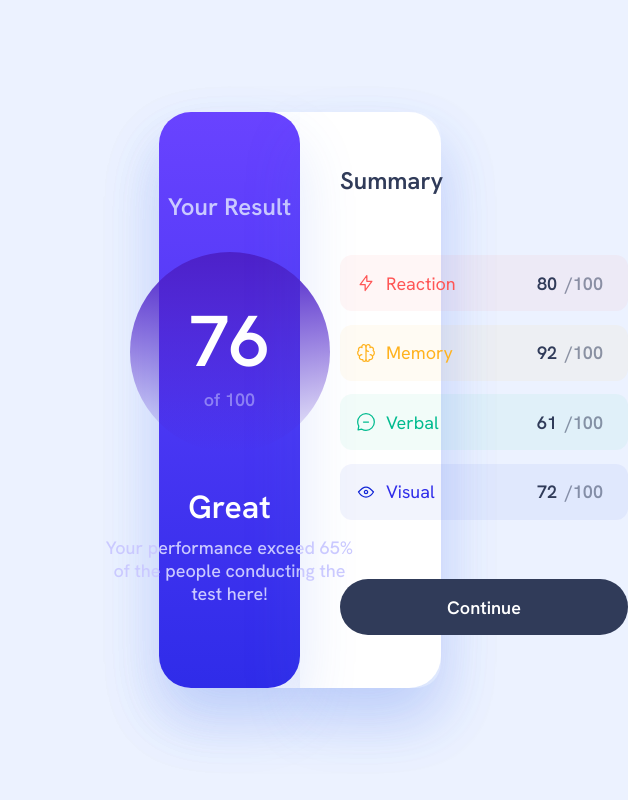
Repository: KamoliddinGIT/result-summary
Page: index.html
The author's editor kept a copy of each file at every save. The page is drawn from the files as they stood at one save, then again after the next save.
The browser window is 600 px wide. The page is 628 px wide, then 600 px, so the pictures cover 628 px, including what lies to the right of the window. The pictures show the whole page.

Above is the page before, as saved 2023-09-08 16:33:00.

### index.html
<!DOCTYPE html>
<html lang="en">
  <head>
    <meta charset="UTF-8" />
    <meta name="viewport" content="width=device-width, initial-scale=1.0" />
    <link
      rel="icon"
      type="image/png"
      sizes="32x32"
      href="./assets/images/favicon-32x32.png"
    />
    <link rel="stylesheet" href="css/style.css" />
    <link rel="preconnect" href="https://fonts.googleapis.com" />
    <link rel="preconnect" href="https://fonts.gstatic.com" crossorigin />
    <link
      href="https://fonts.googleapis.com/css2?family=Hanken+Grotesk:wght@400;500;600&display=swap"
      rel="stylesheet"
    />
    <title>Results summary component</title>
  </head>
  <body>
    <div class="container">
      <div class="result-box">
        <h1 class="result__heading">Your Result</h1>
        <div class="result__score">
          <h1>76</h1>
          <span>of 100</span>
        </div>
        <div class="result__comment">
          <h1>Great</h1>
          <p>
            Your performance exceed 65% of the people conducting the test here!
          </p>
        </div>
      </div>
      <div class="summary-box">
        <h1 class="summary__title">Summary</h1>
        <div class="summary__stats">
          <li class="summary__stats__item__1">
            <img src="./assets/images/icon-reaction.svg" alt="logo" />
            <h2>Reaction</h2>
            <h3>80<span>/100</span></h3>
          </li>
          <li class="summary__stats__item__2">
            <img src="./assets/images/icon-memory.svg" alt="logo" />
            <h2>Memory</h2>
            <h3>92<span>/100</span></h3>
          </li>
          <li class="summary__stats__item__3">
            <img src="./assets/images/icon-verbal.svg" alt="logo" />
            <h2>Verbal</h2>
            <h3>61<span>/100</span></h3>
          </li>
          <li class="summary__stats__item__4">
            <img src="/assets/images/icon-visual.svg" alt="logo" />
            <h2>Visual</h2>
            <h3>72<span>/100</span></h3>
          </li>
        </div>
        <a href="#" class="summary__btn"> Continue </a>
      </div>
    </div>

    <script src="js/index.js"></script>
  </body>
</html>

### css/style.css
* {
  margin: 0;
  padding: 0;
  box-sizing: border-box;
}

body {
  display: flex;
  flex-direction: column;
  justify-content: center;
  align-items: center;
  height: 100vh;
  padding: 0;
  margin: 0;
  font-family: "Hanken Grotesk", "Arial", sans-serif;
  font-size: 18px;
  font-weight: 500;
  line-height: normal;
  background-color: #ecf2ff;
  color: #303b59;
}

.container {
  width: 47%;
  display: flex;
  justify-content: center;
  align-items: center;
  height: 72%;
  background-color: #ffffff;
  box-shadow: 0px 30px 60px 0px rgba(61, 108, 236, 0.15);
  border-radius: 32px;
}

.result-box {
  width: 50%;
  height: 100%;
  border-radius: 32px;
  box-shadow: 0px 30px 60px 0px rgba(61, 108, 236, 0.15);
  background-image: linear-gradient(
    180deg,
    #75f 0%,
    #6943ff 0.01%,
    #2f2ce9 100%
  );
  color: #cac9ff;
  box-shadow: 0px 30px 60px 0px rgba(61, 108, 236, 0.15);
  display: flex;

  flex-direction: column;
  align-items: center;
  justify-content: center;
  font-family: "Hanken Grotesk", "Arial", sans-serif;
  gap: 30px;
}

.summary-box {
  display: flex;
  flex-direction: column;
  align-items: start;
  padding-left: 40px;
  justify-content: space-evenly;
  width: 50%;
  height: 100%;
  border-radius: 0 25px 25px 0;
  box-shadow: 0px 30px 60px 0px rgba(61, 108, 236, 0.15);
}

.result__heading {
  font-size: 24px;
}

.result__score {
  display: flex;
  flex-direction: column;
  justify-content: center;
  align-items: center;
  width: 200px;
  height: 200px;
  border-radius: 50%;
  background-image: linear-gradient(
    180deg,
    #4d21c9 0%,
    rgba(37, 33, 201, 0) 100%,
    rgba(37, 33, 201, 0) 100%
  );
}

.result__score h1 {
  font-size: 72px;
  color: #ffffff;
}

.result__score span {
  color: #cac9ff;
  font-weight: 700;
  opacity: 0.5168;
  font-size: 18px;
}

.result__comment {
  display: flex;
  justify-content: space-around;
  align-items: center;
  flex-direction: column;
  text-align: center;
  width: 260px;
  height: 127px;
}

.result__comment h1 {
  font-size: 32px;
  color: #ffffff;
}

.result__comment p {
  font-size: 18px;
  color: #cac9ff;
  font-weight: 500;
  line-height: normal;
}

.summary__title {
  color: #303b59;
  font-size: 24px;
  font-weight: bold;
}

.summary__stats {
  width: 288px;
  height: 278px;
  display: flex;
  flex-direction: column;
  justify-content: space-around;
  align-items: start;
  list-style-type: none;
}

.summary__stats__item__1 {
  width: 100%;
  display: flex;
  gap: 10px;
  align-items: center;
  height: 56px;
  padding: 16px;
  background: rgba(255, 85, 85, 0.05);
  border-radius: 12px;
}

.summary__stats__item__1 h2 {
  width: 141px;
  font-size: 18px;
  color: #f55;
  font-weight: normal;
}

.summary__stats__item__1 h3 span {
  opacity: 0.5168;
  font-weight: bold;
  color: rgba(48, 59, 89, 0.5);
  font-size: 18px;
  color: #303b59;
  margin-left: 8px;
}

.summary__stats__item__1 h3 {
  color: #303b59;
  font-weight: bold;
  font-size: 18px;
}

.summary__stats__item__2 {
  width: 100%;
  display: flex;
  gap: 10px;
  align-items: center;
  height: 56px;
  padding: 16px;
  background: rgba(255, 178, 30, 0.05);
  border-radius: 12px;
}

.summary__stats__item__2 h2 {
  width: 141px;
  font-size: 18px;
  color: #ffb21e;
  font-weight: normal;
}

.summary__stats__item__2 h3 span {
  opacity: 0.5168;
  font-weight: bold;
  color: rgba(48, 59, 89, 0.5);
  font-size: 18px;
  color: #303b59;
  margin-left: 8px;
}

.summary__stats__item__2 h3 {
  color: #303b59;
  font-weight: bold;
  font-size: 18px;
}

.summary__stats__item__3 {
  width: 100%;
  display: flex;
  gap: 10px;
  align-items: center;
  height: 56px;
  padding: 16px;
  background: rgba(0, 187, 143, 0.05);
  border-radius: 12px;
}

.summary__stats__item__3 h2 {
  font-size: 18px;
  color: #00bb8f;
  font-weight: normal;
  width: 141px;
}

.summary__stats__item__3 h3 span {
  opacity: 0.5168;
  font-weight: bold;
  color: rgba(48, 59, 89, 0.5);
  font-size: 18px;
  color: #303b59;
  margin-left: 8px;
}

.summary__stats__item__3 h3 {
  color: #303b59;
  font-weight: bold;
  font-size: 18px;
}

.summary__stats__item__4 {
  width: 100%;
  display: flex;
  gap: 10px;
  align-items: center;
  height: 56px;
  padding: 16px;
  background: rgba(17, 37, 214, 0.05);
  border-radius: 12px;
}

.summary__stats__item__4 h2 {
  width: 141px;
  font-size: 18px;
  color: #2f2ce9;
  font-weight: normal;
}

.summary__stats__item__4 h3 span {
  opacity: 0.5168;
  font-weight: bold;
  color: rgba(48, 59, 89, 0.5);
  font-size: 18px;
  color: #303b59;
  margin-left: 8px;
}

.summary__stats__item__4 h3 {
  color: #303b59;
  font-weight: bold;
  font-size: 18px;
}

.summary__btn {
  width: 288px;
  height: 56px;
  border-radius: 128px;
  background: #303b59;
  display: flex;
  justify-content: center;
  align-items: center;
  text-decoration: none;
  color: white;
  font-weight: bold;
}

.summary__btn:hover {
  background: linear-gradient(180deg, #75f 0%, #6943ff 0.01%, #2f2ce9 100%);
  content: "";
  transition: opacity ease 0.3s;
}

.summary__btn:active {
  outline: 2px solid white;
  border: 2px solid white;
}

### js/index.js
"use strict";

const data = [
  {
    category: "Reaction",
    score: 80,
    icon: "img/icon-reaction.svg",
  },
  {
    category: "Memory",
    score: 92,
    icon: "img/icon-memory.svg",
  },
  {
    category: "Verbal",
    score: 61,
    icon: "img/icon-verbal.svg",
  },
  {
    category: "Visual",
    score: 72,
    icon: "img/icon-visual.svg",
  },
];

After the next save:
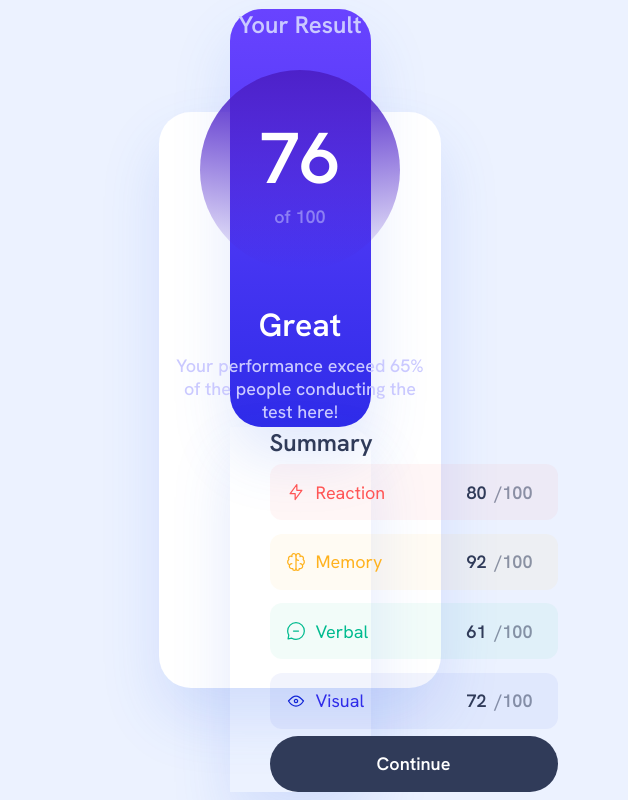
Saved 5 min 2 s later.
--- a/css/style.css
+++ b/css/style.css
@@ -290,3 +290,11 @@ body {
   outline: 2px solid white;
   border: 2px solid white;
 }
+
+/* media */
+
+@media only screen and (max-width: 740px) {
+  .container {
+    flex-direction: column;
+  }
+}
